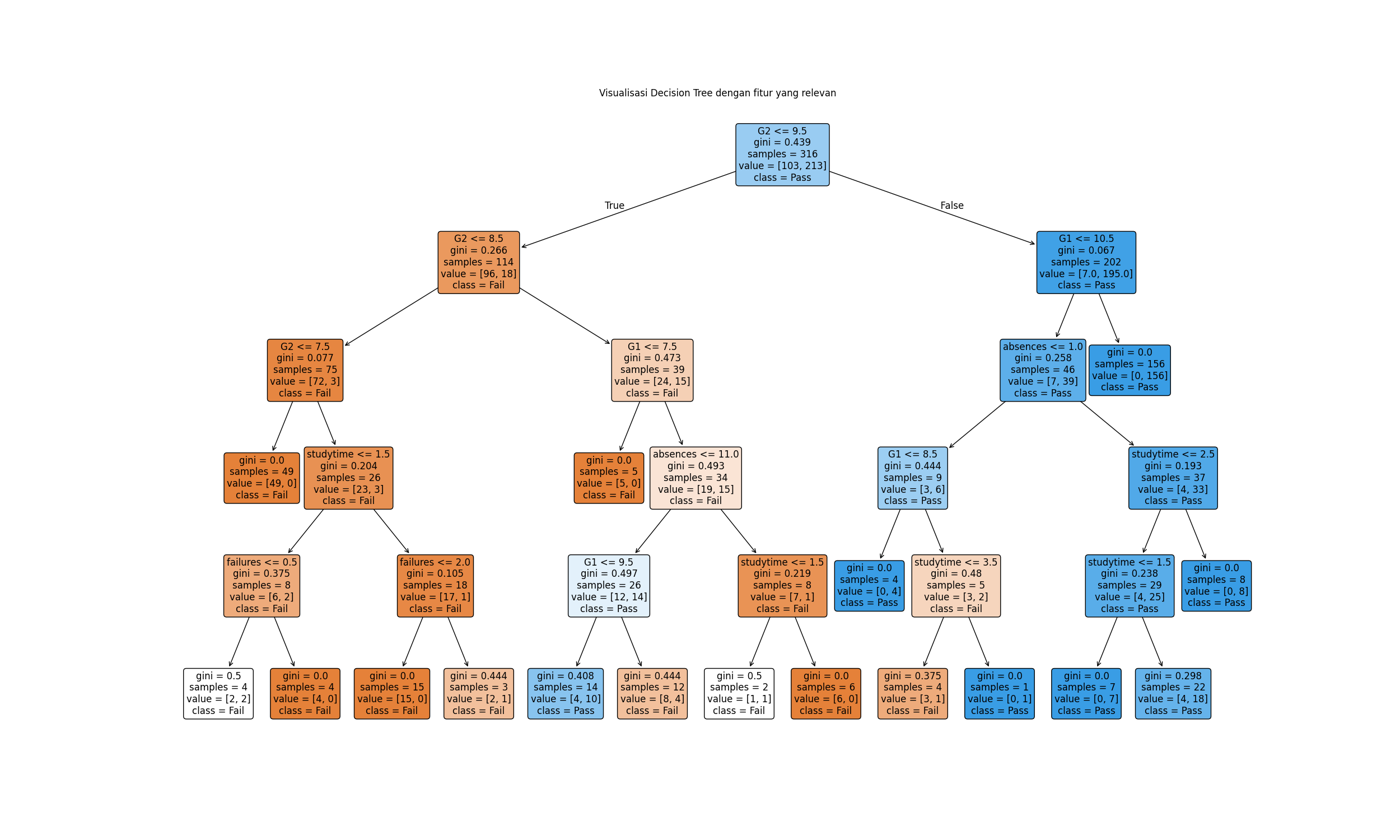
Repository: RadityaPatria/DecisionTree_434231086
Script's output: python Decision_Tree.py
The author's editor kept a copy of each file at every save. The script's output is drawn from the files as they stood at one save, then again after the next save.
Figures wider than 1,400 px are first shrunk to that width. Random numbers start from a fixed seed.

Above is the script's output before, as saved 2025-09-26 06:10:26.

After the next save:
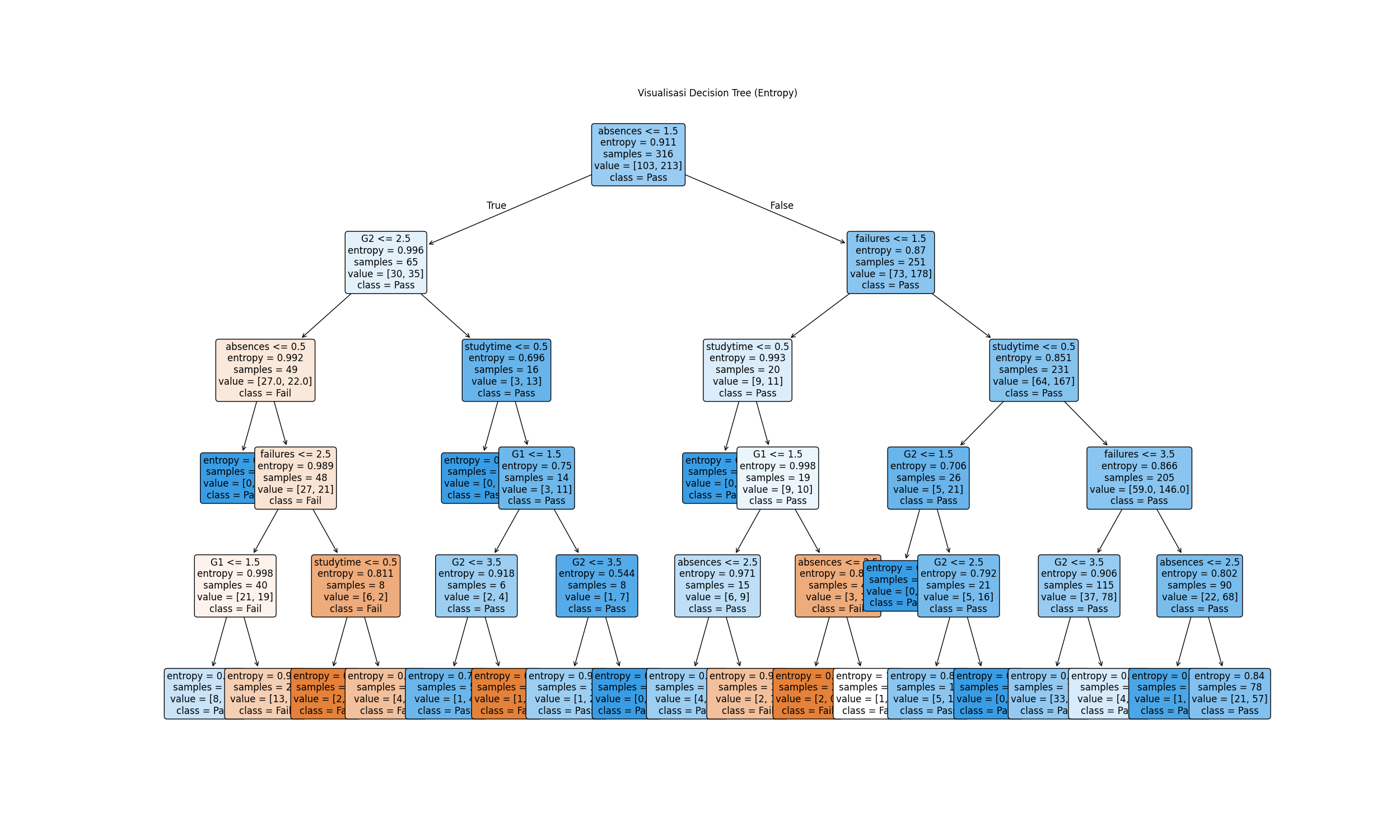
Saved 105 s later.
--- a/Decision_Tree.py
+++ b/Decision_Tree.py
@@ -15,61 +15,94 @@ from sklearn.metrics import classification_report, confusion_matrix, accuracy_sc
 data = pd.read_csv("student-mat-pass-or-fail.csv")
 
 print("DATA AWAL".center(75, "="))
-print(data.head(), "\n")
+print(data.head())
+print("="*75, "\n")
 
 # ====================================================
-# 3. Pilih fitur dan target
+# 3. Grouping Variabel & Kelas
 # ====================================================
-# buang G3 biar tidak bocor
-fitur = ["studytime", "failures", "absences", "G1", "G2"]
-X = data[fitur].values
-y = data.iloc[:, -1].values  # target terakhir (Pass/Fail)
+print("GROUPING VARIABEL".center(75, "="))
+
+# Pilih kolom variabel (contoh: ambil kolom ke-5 s/d ke-9) -> studytime, failures, absences, G1, G2
+X = data.iloc[:, [5, 6, 7, 8, 9]].values
+y = data.iloc[:, -1].values   # target di kolom terakhir
+
+print("Data Variabel".center(75, "="))
+print(X[:10])   # print 10 baris pertama saja biar rapi
+print("Data Kelas".center(75, "="))
+print(y[:10])
+print("="*75, "\n")
 
 # pastikan target numerik (0=Fail, 1=Pass)
 y = pd.Series(y)
 if y.dtype == object:
     y = y.str.lower().map(lambda v: 1 if str(v).strip() in ("pass","yes","1","true") else 0).values
 
-print("FITUR YANG DIPAKAI".center(75, "="))
-print(fitur)
-print("="*75, "\n")
-
 # ====================================================
-# 4. Split Data
+# 4. Training dan Testing
 # ====================================================
+print("SPLITTING DATA 80-20".center(75, "="))
 X_train, X_test, y_train, y_test = train_test_split(
     X, y, test_size=0.2, random_state=42
 )
 
+print("Instance variabel data training".center(75, "="))
+print(X_train[:5])
+print("Instance kelas data training".center(75, "="))
+print(y_train[:5])
+print("Instance variabel data testing".center(75, "="))
+print(X_test[:5])
+print("Instance kelas data testing".center(75, "="))
+print(y_test[:5])
+print("="*75, "\n")
+
 # ====================================================
-# 5. Train Decision Tree
+# 5. Pemodelan Decision Tree (pakai entropy)
 # ====================================================
 decision_tree = DecisionTreeClassifier(
-    criterion="gini",   # bisa "entropy" juga
-    max_depth=5,        # batasi kedalaman biar kelihatan rapi
+    criterion="entropy",
+    max_depth=5,
     random_state=42
 )
 decision_tree.fit(X_train, y_train)
 
 # ====================================================
-# 6. Prediksi & Evaluasi
+# 6. Prediksi Decision Tree
 # ====================================================
-y_pred = decision_tree.predict(X_test)
-print("Akurasi:", round(accuracy_score(y_test, y_pred) * 100, 2), "%\n")
-print("Classification Report:\n", classification_report(y_test, y_pred))
-print("Confusion Matrix:\n", confusion_matrix(y_test, y_pred), "\n")
+print("INSTANCE PREDIKSI DECISION TREE".center(75, "="))
+Y_pred = decision_tree.predict(X_test)
+print(Y_pred[:20])  # tampilkan 20 prediksi pertama
+print("="*75, "\n")
 
 # ====================================================
-# 7. Visualisasi Pohon Keputusan
+# 7. Prediksi Akurasi
+# ====================================================
+accuracy = round(accuracy_score(y_test, Y_pred) * 100, 2)
+print("Akurasi:", accuracy, "%")
+print("="*75, "\n")
+
+# ====================================================
+# 8. Classification Report & Confusion Matrix
+# ====================================================
+print("CLASSIFICATION REPORT DECISION TREE".center(75, "="))
+print(classification_report(y_test, Y_pred))
+
+cm = confusion_matrix(y_test, Y_pred)
+print("Confusion Matrix:")
+print(cm)
+print("="*75, "\n")
+
+# ====================================================
+# 9. Visualisasi Decision Tree
 # ====================================================
 plt.figure(figsize=(25,15))
 plot_tree(
     decision_tree,
-    feature_names=fitur,
+    feature_names=["studytime", "failures", "absences", "G1", "G2"],
     class_names=["Fail", "Pass"],
     filled=True,
     rounded=True,
     fontsize=12
 )
-plt.title("Visualisasi Decision Tree dengan fitur yang relevan")
+plt.title("Visualisasi Decision Tree (Entropy)")
 plt.show()
